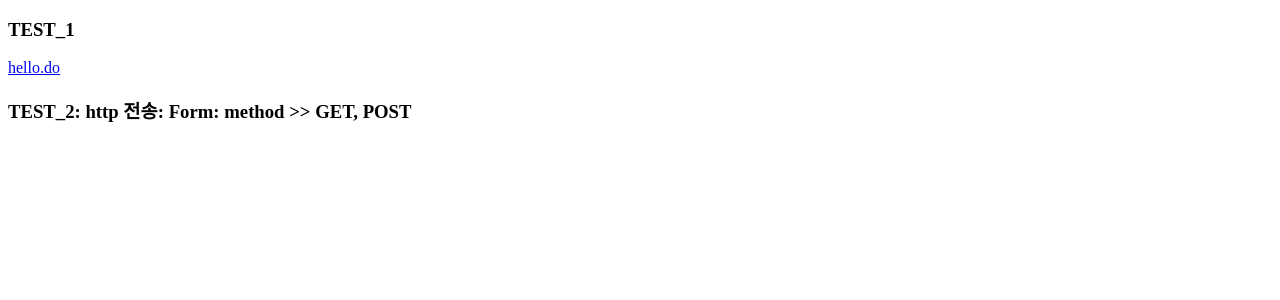
Repository: Ahn-Seung-ju/SpringLab
Page: SpringMVC_Basic03_Annotation/src/main/webapp/main.html
The author's editor kept a copy of each file at every save. The page is drawn from the files as they stood at one save, then again after the next save.
The browser window is 1280 px wide. The pictures show the whole page.

Above is the page before, as saved 2021-05-06 00:41:01.

After the next save:
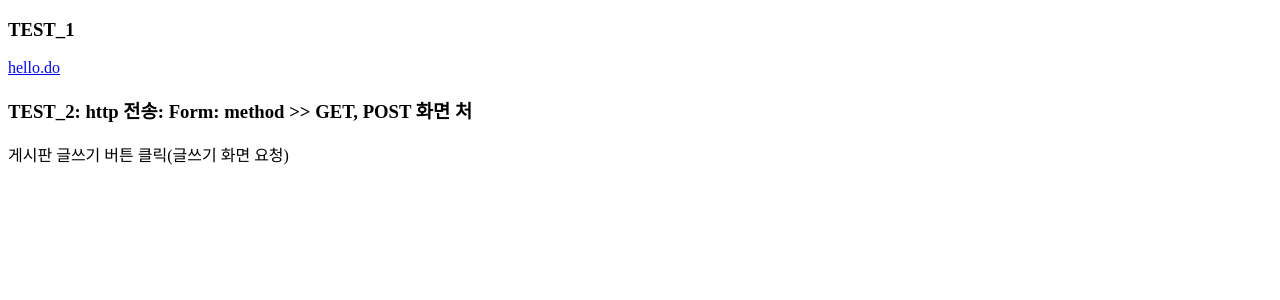
Saved 109 s later.
--- a/SpringMVC_Basic03_Annotation/src/main/webapp/main.html
+++ b/SpringMVC_Basic03_Annotation/src/main/webapp/main.html
@@ -8,7 +8,9 @@
 	<h3>TEST_1</h3>
 	<a href ="hello.do">hello.do</a>
 
-	<h3>TEST_2: http 전송: Form: method >> GET, POST</h3>
+	<h3>TEST_2: http 전송: Form: method >> GET, POST 화면 처</h3>
+	게시판 글쓰기 버튼 클릭(글쓰기 화면 요청)<br>
+	<a href = "article/newArticle.do"></a>
 
 </body>
 </html>
